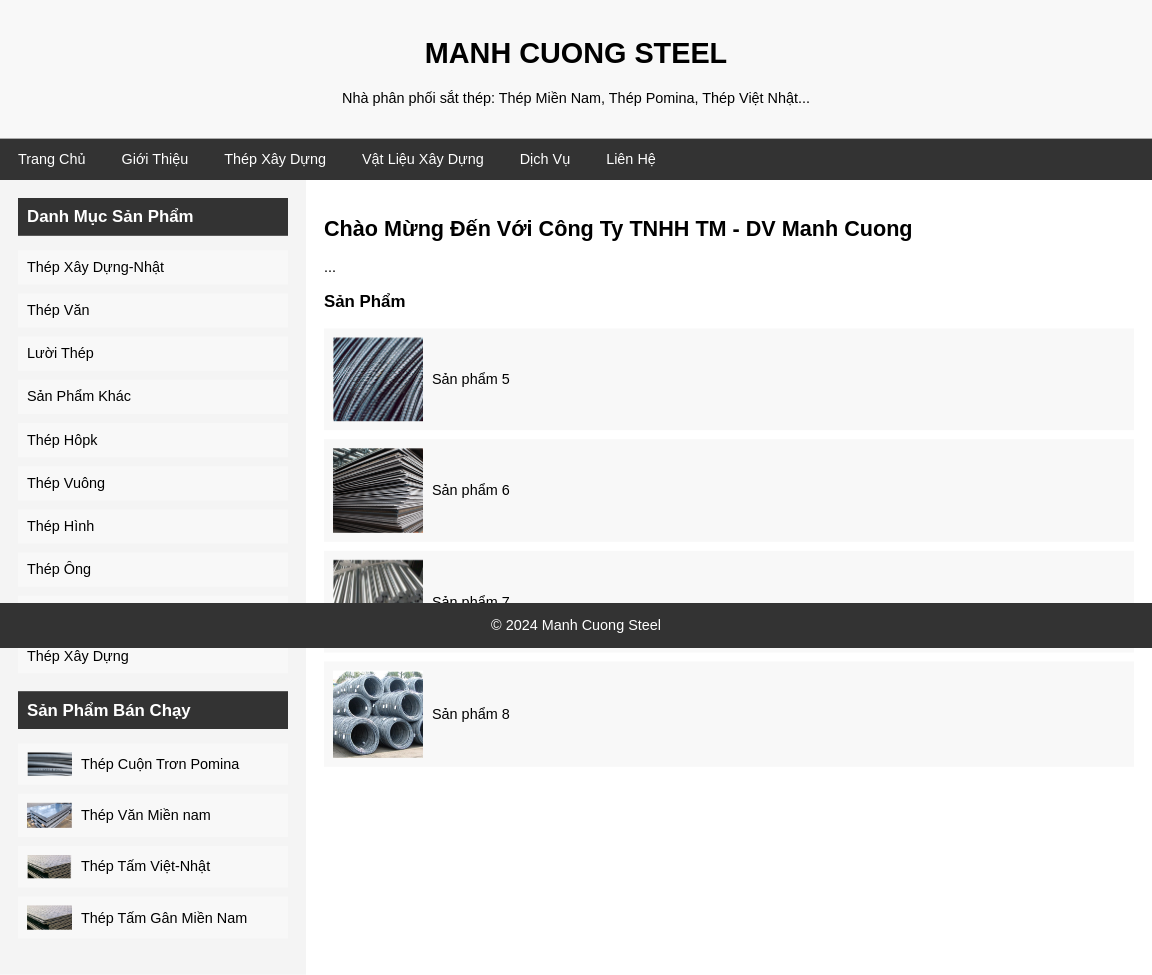
Repository: voduyquang123/quang2k4
Page: quang/FE/index.html
The author's editor kept a copy of each file at every save. The page is drawn from the files as they stood at one save, then again after the next save.
The browser window is 1280 px wide. The pictures show the whole page, at 90% of full size.

Above is the page before, as saved 2024-06-22 10:23:55.

### quang/FE/index.html
<!DOCTYPE html>
<html lang="en">

<head>
    <meta charset="UTF-8">
    <meta name="viewport" content="width=device-width, initial-scale=1.0">
    <title>Manh Cuong Steel</title>
    <style>
        body {
            font-family: Arial, sans-serif;
            margin: 0;
            padding: 0;
            box-sizing: border-box;
        }

        header {
            background-color: #f8f8f8;
            padding: 20px;
            text-align: center;
        }

        nav {
            background-color: #333;
            overflow: hidden;
        }

        nav ul {
            list-style-type: none;
            margin: 0;
            padding: 0;
        }

        nav ul li {
            float: left;
        }

        nav ul li a {
            display: block;
            color: white;
            text-align: center;
            padding: 14px 20px;
            text-decoration: none;
        }

        nav ul li a:hover {
            background-color: #111;
        }

        .container {
            display: flex;
        }

        .sidebar {
            width: 25%;
            background-color: #f4f4f4;
            padding: 20px;
        }

        .content {
            width: 75%;
            padding: 20px;
        }

        .product-list,
        .best-sellers {
            margin-bottom: 20px;
        }

        .product-list h3,
        .best-sellers h3 {
            background-color: #333;
            color: white;
            padding: 10px;
            margin: 0;
        }

        .product-list ul,
        .best-sellers ul {
            list-style-type: none;
            padding: 0;
        }

        .product-list li,
        .best-sellers li {
            background-color: #f8f8f8;
            margin-bottom: 10px;
            padding: 10px;
            display: flex;
            align-items: center;
        }

        .product-list li img,
        .best-sellers li img {
            margin-right: 10px;
        }

        footer {
            background-color: #333;
            color: white;
            text-align: center;
            padding: 0px;
            position: fixed;
            width: 100%;
            bottom: 0;
        }
    </style>

</head>

<body>
    <header>
        <h1>MANH CUONG STEEL</h1>
        <p>Nhà phân phối sắt thép: Thép Miền Nam, Thép Pomina, Thép Việt Nhật...</p>
    </header>
    <nav>
        <ul>
            <li><a href="#">Trang Chủ</a></li>
            <li><a href="#">Giới Thiệu</a></li>
            <li><a href="#">Thép Xây Dựng</a></li>
            <li><a href="#">Vật Liệu Xây Dựng</a></li>
            <li><a href="#">Dịch Vụ</a></li>
            <li><a href="#">Liên Hệ</a></li>
        </ul>
    </nav>
    <div class="container">
        <div class="sidebar">
            <div class="product-list">
                <h3>Danh Mục Sản Phẩm</h3>
                <ul>
                    <li>Thép Xây Dựng-Nhật</li>
                    <li>Thép Văn</li>
                    <li>Lười Thép</li>
                    <li>Sản Phẩm Khác</li>
                    <li>Thép Hôpk</li>
                    <li>Thép Vuông</li>
                    <li>Thép Hình</li>
                    <li>Thép Ông</li>
                    <li>Thép Cuốn </li>
                    <li>Thép Xây Dựng</li>
                </ul>
            </div>
            <div class="best-sellers">
                <h3>Sản Phẩm Bán Chạy</h3>
                <ul>
                    <li><img src="img/1.png" alt="Sản phẩm 1" width="50"> Thép Cuộn Trơn Pomina</li>
                    <li><img src="img/2.png" alt="Sản phẩm 2" width="50"> Thép Văn Miền nam </li>
                    <li><img src="img/3.png" alt="Sản phẩm 3" width="50"> Thép Tấm Việt-Nhật</li>
                    <li><img src="img/4.png" alt="Sản phẩm 4" width="50"> Thép Tấm Gân Miền Nam</li>
                </ul>
            </div>
        </div>
        <div class="content">
            <h2>Chào Mừng Đến Với Công Ty TNHH TM - DV Manh Cuong</h2>
            <p>...</p>
            <h3>Sản Phẩm</h3>
            <div class="product-list">
                <ul>
                    <li><img src="img/5.png" alt="Sản phẩm 5" width="100"> Sản phẩm 5</li>
                    <li><img src="img/6.png" .jpg" alt="Sản phẩm 6" width="100"> Sản phẩm 6</li>
                    <li><img src="img/7.png" alt="Sản phẩm 7" width="100"> Sản phẩm 7</li>
                    <li><img src="img/8.png" alt="Sản phẩm 8" width="100"> Sản phẩm 8</li>
                </ul>
            </div>
        </div>
    </div>
    <footer>
        <p>&copy; 2024 Manh Cuong Steel</p>
    </footer>
</body>

</html>

After the next save:
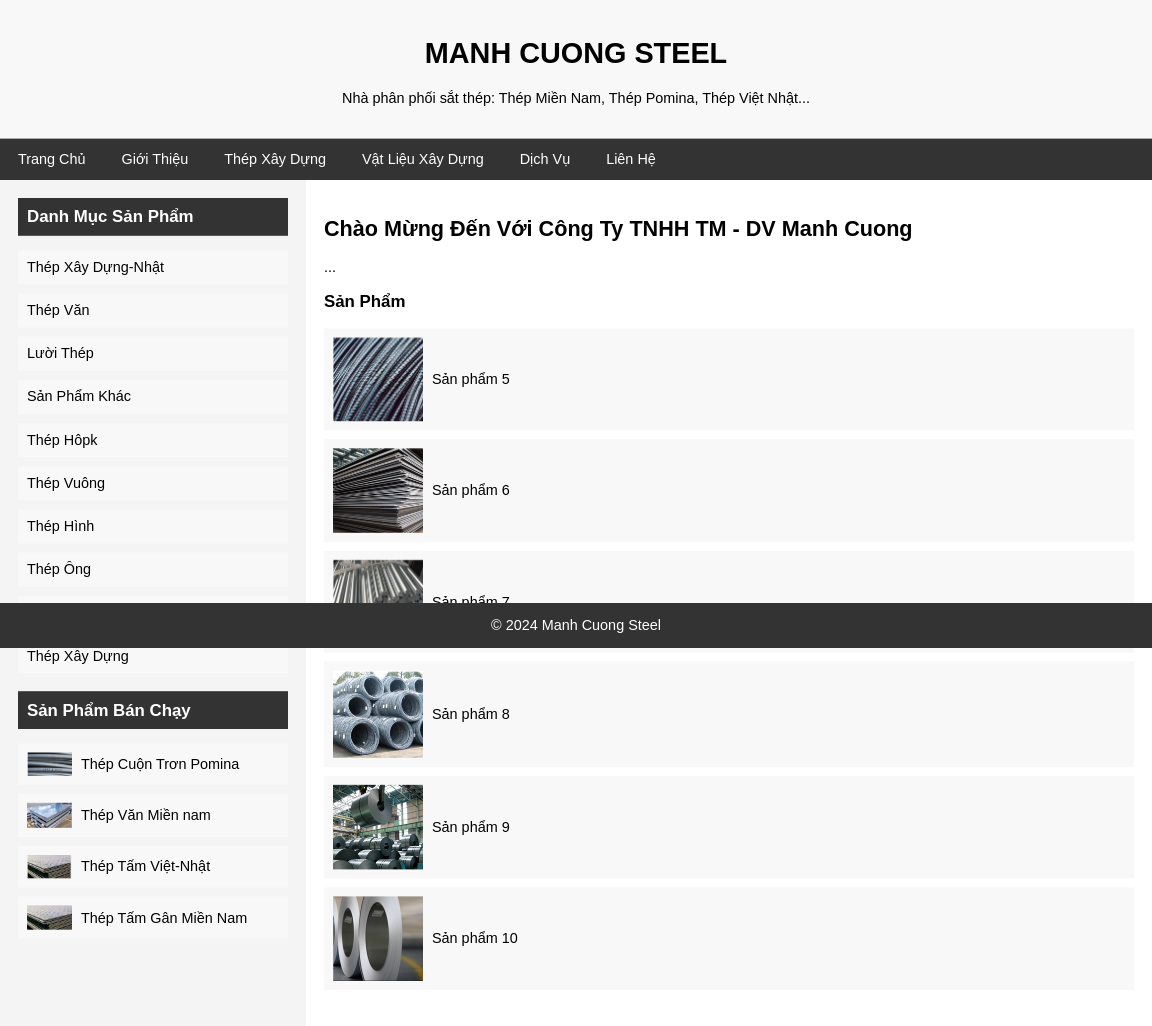
Saved 2 min 28 s later.
--- a/quang/FE/index.html
+++ b/quang/FE/index.html
@@ -156,9 +156,11 @@
             <div class="product-list">
                 <ul>
                     <li><img src="img/5.png" alt="Sản phẩm 5" width="100"> Sản phẩm 5</li>
-                    <li><img src="img/6.png" .jpg" alt="Sản phẩm 6" width="100"> Sản phẩm 6</li>
+                    <li><img src="img/6.png" alt="Sản phẩm 6" width="100"> Sản phẩm 6</li>
                     <li><img src="img/7.png" alt="Sản phẩm 7" width="100"> Sản phẩm 7</li>
                     <li><img src="img/8.png" alt="Sản phẩm 8" width="100"> Sản phẩm 8</li>
+                    <li><img src="img/9.png" alt="Sản phẩm 9" width="100"> Sản phẩm 9</li>
+                    <li><img src="img/10.png" alt="Sản phẩm 10" width="100"> Sản phẩm 10</li>
                 </ul>
             </div>
         </div>
